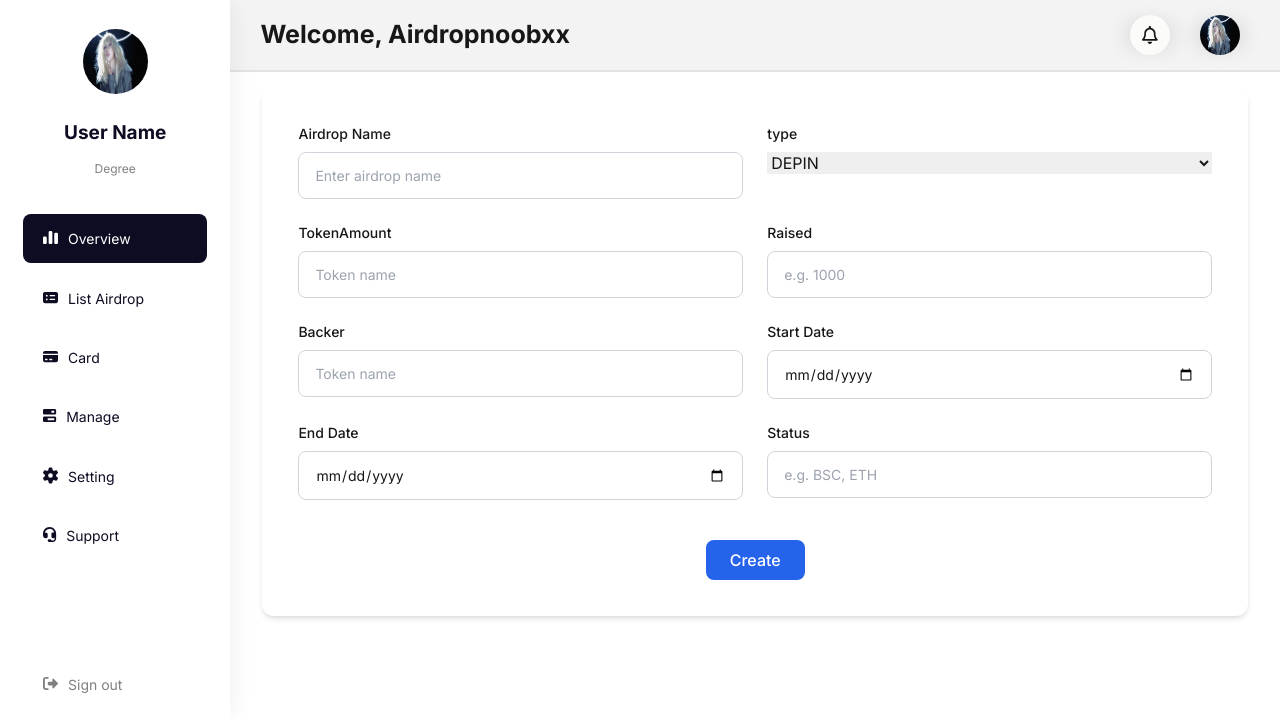
Repository: conGaStuer/airdropmamager
Page: /airdrops/new
These files come from the project's save history. The page is drawn as it stood at one moment and after the next save; the edit follows.
The browser window is 1280 px wide. The pictures show the whole page.
The project was rebuilt for these pictures with package versions that can differ from the ones it lists, and the page was loaded fresh each time. The framework's server and built-in components were replaced by stand-ins that run in the browser. Also part of the build but not shown: next.config.ts.

Above is the page before, as saved 2025-05-28 19:11:10.

After the next save:
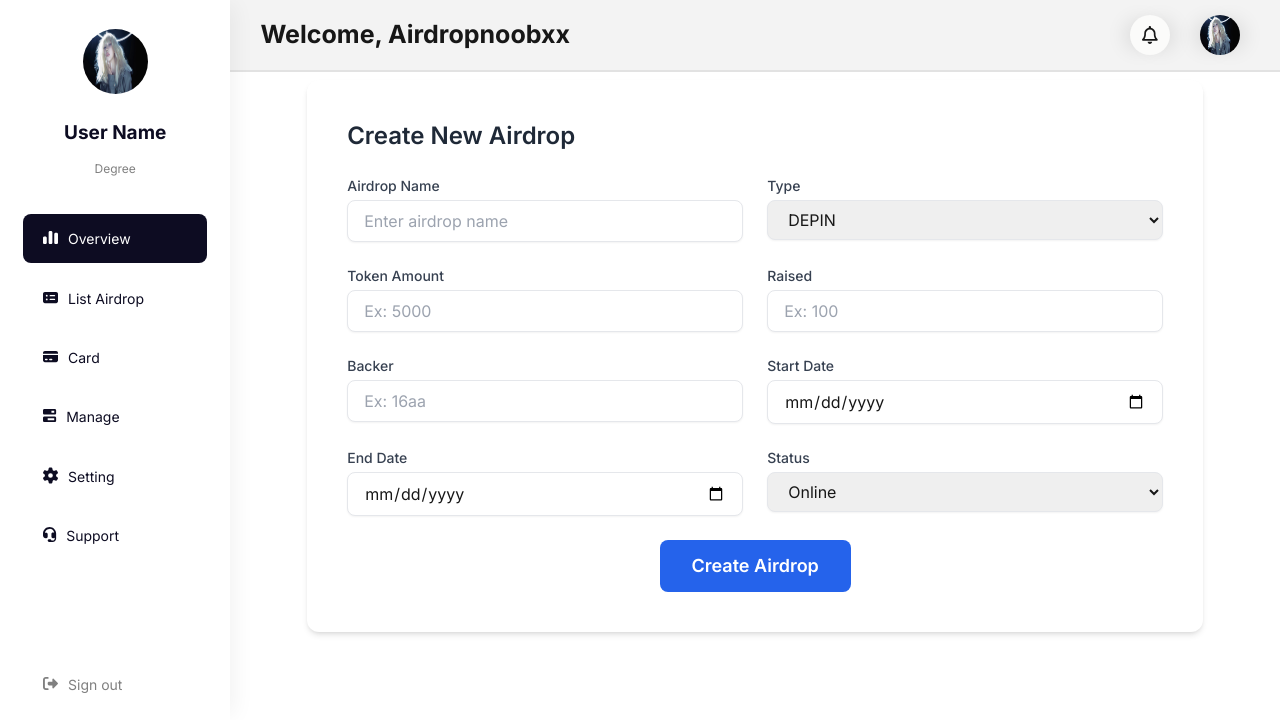
Saved 5 min 46 s later.
--- a/src/app/airdrops/new/page.js
+++ b/src/app/airdrops/new/page.js
@@ -21,29 +21,34 @@ export default function CreateAirdropPage() {
     router.push("/airdrops");
   };
   return (
-    <div className="w-full add-form rounded-xl p-8">
-      <form
-        onSubmit={handleCreate}
-        className="grid grid-cols-2 gap-6 w-[100%] mx-auto bg-white p-9 rounded-xl shadow-md"
-      >
-        {/* Input 1 */}
-        <div className="flex flex-col gap-2">
-          <label className="text-sm font-medium">Airdrop Name</label>
+    <div className="w-full max-w-4xl mx-auto bg-white p-10 rounded-xl shadow-md mt-6">
+      <h2 className="text-2xl font-semibold text-gray-800 mb-6">
+        Create New Airdrop
+      </h2>
+      <form onSubmit={handleCreate} className="grid grid-cols-2 gap-6">
+        {/* Airdrop Name */}
+        <div>
+          <label className="block mb-1 text-sm font-medium text-gray-700">
+            Airdrop Name
+          </label>
           <input
             type="text"
             value={form.name}
             onChange={(e) => setForm({ ...form, name: e.target.value })}
-            className="input-field"
+            className="w-full px-4 py-2 border rounded-lg shadow-sm focus:outline-none focus:ring-2 focus:ring-blue-500"
             placeholder="Enter airdrop name"
           />
         </div>
 
-        {/* Input 2 */}
-        <div className="flex flex-col gap-2">
-          <label className="text-sm font-medium">type</label>
+        {/* Type */}
+        <div>
+          <label className="block mb-1 text-sm font-medium text-gray-700">
+            Type
+          </label>
           <select
             value={form.type}
             onChange={(e) => setForm({ ...form, type: e.target.value })}
+            className="w-full px-4 py-2 border rounded-lg shadow-sm focus:outline-none focus:ring-2 focus:ring-blue-500"
           >
             <option value="DEPIN">DEPIN</option>
             <option value="Testnet">Testnet</option>
@@ -51,83 +56,96 @@ export default function CreateAirdropPage() {
           </select>
         </div>
 
-        {/* Input 3 */}
-        <div className="flex flex-col gap-2">
-          <label className="text-sm font-medium">TokenAmount</label>
+        {/* TokenAmount */}
+        <div>
+          <label className="block mb-1 text-sm font-medium text-gray-700">
+            Token Amount
+          </label>
           <input
-            type="text"
+            type="number"
             value={form.tokenAmount}
             onChange={(e) => setForm({ ...form, tokenAmount: e.target.value })}
-            className="input-field"
-            placeholder="Token name"
+            className="w-full px-4 py-2 border rounded-lg shadow-sm focus:outline-none focus:ring-2 focus:ring-blue-500"
+            placeholder="Ex: 5000"
           />
         </div>
 
-        {/* Input 4 */}
-        <div className="flex flex-col gap-2">
-          <label className="text-sm font-medium">Raised</label>
+        {/* Raised */}
+        <div>
+          <label className="block mb-1 text-sm font-medium text-gray-700">
+            Raised
+          </label>
           <input
-            type="text"
+            type="number"
             value={form.raised}
             onChange={(e) => setForm({ ...form, raised: e.target.value })}
-            className="input-field"
-            placeholder="e.g. 1000"
+            className="w-full px-4 py-2 border rounded-lg shadow-sm focus:outline-none focus:ring-2 focus:ring-blue-500"
+            placeholder="Ex: 100"
           />
         </div>
 
-        {/* Input 5 */}
-        <div className="flex flex-col gap-2">
-          <label className="text-sm font-medium">Backer</label>
+        {/* Backer */}
+        <div>
+          <label className="block mb-1 text-sm font-medium text-gray-700">
+            Backer
+          </label>
           <input
             type="text"
             value={form.backer}
             onChange={(e) => setForm({ ...form, backer: e.target.value })}
-            className="input-field"
-            placeholder="Token name"
+            className="w-full px-4 py-2 border rounded-lg shadow-sm focus:outline-none focus:ring-2 focus:ring-blue-500"
+            placeholder="Ex: 16aa"
           />
         </div>
 
-        {/* Input 6 */}
-        <div className="flex flex-col gap-2">
-          <label className="text-sm font-medium">Start Date</label>
+        {/* Start Date */}
+        <div>
+          <label className="block mb-1 text-sm font-medium text-gray-700">
+            Start Date
+          </label>
           <input
             type="date"
             value={form.startDate}
             onChange={(e) => setForm({ ...form, startDate: e.target.value })}
-            className="input-field"
+            className="w-full px-4 py-2 border rounded-lg shadow-sm focus:outline-none focus:ring-2 focus:ring-blue-500"
           />
         </div>
 
-        {/* Input 7 */}
-        <div className="flex flex-col gap-2">
-          <label className="text-sm font-medium">End Date</label>
+        {/* End Date */}
+        <div>
+          <label className="block mb-1 text-sm font-medium text-gray-700">
+            End Date
+          </label>
           <input
             type="date"
             value={form.endDate}
             onChange={(e) => setForm({ ...form, endDate: e.target.value })}
-            className="input-field"
+            className="w-full px-4 py-2 border rounded-lg shadow-sm focus:outline-none focus:ring-2 focus:ring-blue-500"
           />
         </div>
 
-        {/* Input 8 */}
-        <div className="flex flex-col gap-2">
-          <label className="text-sm font-medium">Status</label>
-          <input
-            type="text"
+        {/* Status */}
+        <div>
+          <label className="block mb-1 text-sm font-medium text-gray-700">
+            Status
+          </label>
+          <select
             value={form.status}
             onChange={(e) => setForm({ ...form, status: e.target.value })}
-            className="input-field"
-            placeholder="e.g. BSC, ETH"
-          />
+            className="w-full px-4 py-2 border rounded-lg shadow-sm focus:outline-none focus:ring-2 focus:ring-blue-500"
+          >
+            <option value="online">Online</option>
+            <option value="offline">Offline</option>
+          </select>
         </div>
 
-        {/* Submit Button - span full width */}
-        <div className="col-span-2 text-center mt-4">
+        {/* Submit Button */}
+        <div className="col-span-2 text-center">
           <button
             type="submit"
-            className="px-6 py-2 bg-blue-600 text-white font-medium rounded-lg hover:bg-blue-700 transition"
+            className="px-8 py-3 bg-blue-600 text-white text-lg font-semibold rounded-lg hover:bg-blue-700 transition"
           >
-            Create
+            Create Airdrop
           </button>
         </div>
       </form>
